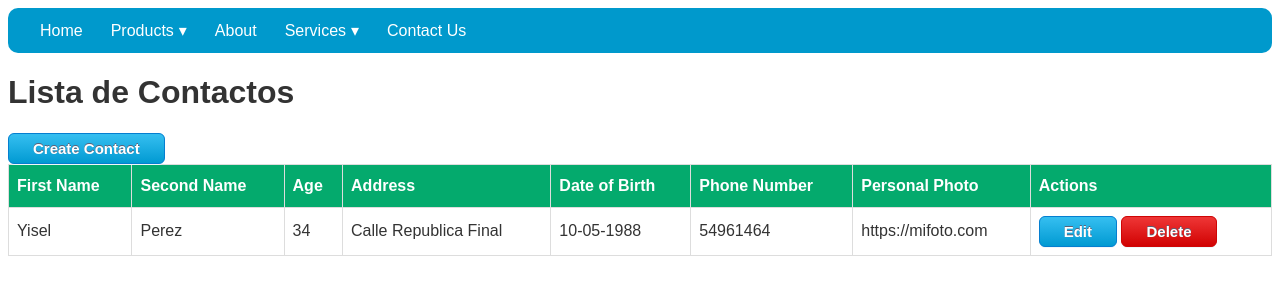
Repository: fgala1619/frontSistGestionBank
Page: index.html
An editor plug-in stored every save of this project. The page is shown before and after the next save, followed by the edit.
The browser window is 1280 px wide. The pictures show the whole page.
The page's requests for data from a server got no answer.

Above is the page before, as saved 2023-07-26 20:24:42.

### index.html
<link rel="stylesheet" href="style.css" />
<link rel="stylesheet" href="menu.css" />
<script src="script.js"></script>

<nav id='menu'>
  <input type='checkbox' id='responsive-menu' onclick='updatemenu()'><label></label>
  <ul>
    <li><a href='http://'>Home</a></li>
    <li><a class='dropdown-arrow' href='http://'>Products</a>
      <ul class='sub-menus'>
        <li><a href='http://'>Products 1</a></li>
        <li><a href='http://'>Products 2</a></li>
        <li><a href='http://'>Products 3</a></li>
        <li><a href='http://'>Products 4</a></li>
      </ul>
    </li>
    <li><a href='http://'>About</a></li>
    <li><a class='dropdown-arrow' href='http://'>Services</a>
      <ul class='sub-menus'>
        <li><a href='http://'>Services 1</a></li>
        <li><a href='http://'>Services 2</a></li>
        <li><a href='http://'>Services 3</a></li>
      </ul>
    </li>
    <li><a href='http://'>Contact Us</a></li>
  </ul>
</nav>




<h1>Lista de Contactos</h1>

<a onclick="createContact()" href="#" class="myButton">Create Contact</a>

<table id="customers">
  <thead>
    <tr>
        <th>First Name</th>
        <th>Second Name</th>
        <th>Age</th>
        <th>Address</th>
        <th>Date of Birth</th>
        <th>Phone Number</th>
        <th>Personal Photo</th>
        <th>Actions</th>
    </tr>
    </thead>

    <tbody>

    </tbody>


</table>


<!-- Modal -->
<div id="modal" class="modale" aria-hidden="true">
  <div class="modal-dialog">
    <div class="modal-header">
      <h2>Contact Information</h2>

      <a onclick="cerrarModal()" href="#" class="btn-close closemodale" aria-hidden="true">&times;</a>
    </div>
    <div class="modal-body">
      <input type="text" name="f" placeholder="First Name" size="20" /><br/>
      <input type="text" name="s" placeholder="Second Name" size="20" /><br/>
      <input type="text" name="a" placeholder="Age" size="20" /><br/>
      <input type="text" name="ad" placeholder="Address" size="20" /><br/>
      <input type="text" name="d" placeholder="Date of Birth" size="20" /><br/>
      <input type="text" name="pn" placeholder="Phone Number" size="20" /><br/>
      <input type="text" name="pp" placeholder="Personal Photo" size="20" /><br/>
    </div>
    <div class="modal-footer">


      <a href="#" class="btn" id="btn_ingresar">Insert</a>
    </div>
  </div>
</div>
<!-- /Modal -->


<script>
    function createContact(){
        htmlModal = document.getElementById("modal");
        htmlModal.setAttribute("class", "modale opened");
    }

    function cerrarModal(){
        htmlModal = document.getElementById("modal");
        htmlModal.setAttribute("class", "modale");
    }
</script>

### style.css
#customers {
        font-family: Arial, Helvetica, sans-serif;
        border-collapse: collapse;
        width: 100%;
    }

    #customers td, #customers th {
        border: 1px solid #ddd;
        padding: 8px;
    }

    #customers tr:nth-child(even){background-color: #f2f2f2;}
    #customers tr:hover{background-color:#ddd;}

    #customers th{
        padding-top: 12px;
        padding-bottom: 12px;
        text-align: left;
        background-color: #04AA6D;
        color: white;
    }

    .myButton{
        box-shadow: 0px 1px 0px 0px #f0f7fa;
        background: linear-gradient(to bottom, #33bdef 5%, #019ad2 100%);
        background-color:#33bdef;
        border-radius: 6px;
        border: 1px solid #057fd0;
        display: inline-block;
        cursor: pointer;
        color: #ffffff;
        font-family: Arial;
        font-size: 15px;
        font-weight: bold;
        padding: 6px 24px;
        text-decoration: none;
        text-shadow: 0px -1px 0px #5b6178;
    }
    .myButton:hover{
        background: linear-gradient(to bottom, #019ad2 5%, #33bdef 100%);
        background-color:#019ad2;
    }
    .myButton:active{
        position: relative;
        top: 1px;
    }

    .btnDelete{
        box-shadow: 0px 1px 0px 0px #f0f7fa;
        background: linear-gradient(to bottom, #ed3434 5%, #d10202 100%);
        background-color:#ed3434;
        border-radius: 6px;
        border: 1px solid #cf0606;
        display: inline-block;
        cursor: pointer;
        color: #ffffff;
        font-family: Arial;
        font-size: 15px;
        font-weight: bold;
        padding: 6px 24px;
        text-decoration: none;
        text-shadow: 0px -1px 0px #5b6178;
    }
    .btnDelete:hover{
        background: linear-gradient(to bottom, #d10202 5%, #ed3434 100%);
        background-color:#d10202;
    }
    .btnDelete:active{
        position: relative;
        top: 1px;
    }






    body{
  font-family:sans-serif;
  color:#333;
}

.btn {
  background: #428bca;
  border: #357ebd solid 0px;
  border-radius: 3px;
  color: #fff;
  display: inline-block;
  font-size: 14px;
  padding: 8px 15px;
  text-decoration: none;
  text-align: center;
  min-width: 60px;
  position: relative;
  transition: color .1s ease;
}
.btn:hover {
  background: #357ebd;
}
.btn.btn-big {
  font-size: 18px;
  padding: 15px 20px;
  min-width: 100px;
}
.btn-close {
  color: #aaaaaa;
  font-size: 20px;
  text-decoration: none;
  padding:10px;
  position: absolute;
  right: 7px;
  top: 0;
}
.btn-close:hover {
  color: #919191;
}
.modale:before {
  content: "";
  display: none;
  background: rgba(0, 0, 0, 0.6);
  position: fixed;
  top: 0;
  left: 0;
  right: 0;
  bottom: 0;
  z-index: 10;
}
.opened:before {
  display: block;
}
.opened .modal-dialog {
  -webkit-transform: translate(0, 0);
  -ms-transform: translate(0, 0);
  transform: translate(0, 0);
  top: 20%;
}
.modal-dialog {
  background: #fefefe;
  border: #333333 solid 0px;
  border-radius: 5px;
  margin-left: -200px;
  text-align:center;
  position: fixed;
  left: 50%;
  top: -100%;
  z-index: 11;
  width: 360px;
  box-shadow:0 5px 10px rgba(0,0,0,0.3);
  -webkit-transform: translate(0, -500%);
  -ms-transform: translate(0, -500%);
  transform: translate(0, -500%);
  -webkit-transition: -webkit-transform 0.3s ease-out;
  -moz-transition: -moz-transform 0.3s ease-out;
  -o-transition: -o-transform 0.3s ease-out;
  transition: transform 0.3s ease-out;
}
.modal-body {
  padding: 20px;
}
.modal-body input{
  width:200px;
  padding:8px;
  border:1px solid #ddd;
  color:#888;
  outline:0;
  font-size:14px;
  font-weight:bold
}
.modal-header,
.modal-footer {
  padding: 10px 20px;
}
.modal-header {
  border-bottom: #eeeeee solid 1px;
}
.modal-header h2 {
  font-size: 20px;
}

### menu.css
#menu {
	background: #0099CC;
	color: #FFF;
	height: 45px;
	padding-left: 18px;
	border-radius: 10px;
}
#menu ul, #menu li {
	margin: 0 auto;
	padding: 0;
	list-style: none
}
#menu ul {
	width: 100%;
}
#menu li {
	float: left;
	display: inline;
	position: relative;
}
#menu a {
	display: block;
	line-height: 45px;
	padding: 0 14px;
	text-decoration: none;
	color: #FFFFFF;
	font-size: 16px;
}
#menu a.dropdown-arrow:after {
	content: "\25BE";
	margin-left: 5px;
}
#menu li a:hover {
	color: #0099CC;
	background: #F2F2F2;
}
#menu input {
	display: none;
	margin: 0;
	padding: 0;
	height: 45px;
	width: 100%;
	opacity: 0;
	cursor: pointer
}
#menu label {
	display: none;
	line-height: 45px;
	text-align: center;
	position: absolute;
	left: 35px
}
#menu label:before {
	font-size: 1.6em;
	content: "\2261";
	margin-left: 20px;
}
#menu ul.sub-menus{
	height: auto;
	overflow: hidden;
	width: 170px;
	background: #444444;
	position: absolute;
	z-index: 99;
	display: none;
}
#menu ul.sub-menus li {
	display: block;
	width: 100%;
}
#menu ul.sub-menus a {
	color: #FFFFFF;
	font-size: 16px;
}
#menu li:hover ul.sub-menus {
	display: block
}
#menu ul.sub-menus a:hover{
	background: #F2F2F2;
	color: #444444;
}
@media screen and (max-width: 800px){
	#menu {position:relative}
	#menu ul {background:#111;position:absolute;top:100%;right:0;left:0;z-index:3;height:auto;display:none}
	#menu ul.sub-menus {width:100%;position:static;}
	#menu ul.sub-menus a {padding-left:30px;}
	#menu li {display:block;float:none;width:auto;}
	#menu input, #menu label {position:absolute;top:0;left:0;display:block}
	#menu input {z-index:4}
	#menu input:checked + label {color:white}
	#menu input:checked + label:before {content:"\00d7"}
	#menu input:checked ~ ul {display:block}
}

### script.js
document.addEventListener("DOMContentLoaded", init);



function init()
{
   search()
}

function search()
{
    var url = 'https://localhost:7019/Contacto'
    var resultado = fetch(url, {

        "method": "GET",
        "headers": {
            "Content-Type": "application/json",
        }
    })

    var row = `<tr>
    <td>Yisel</td>
    <td>Perez</td>
    <td>34</td>
    <td>Calle Republica Final</td>
    <td>10-05-1988</td>
    <td>54961464</td>
    <td>https://mifoto.com</td>
    <td>
        <a href="#" class="myButton">Edit</a>
        <a href="#" class="btnDelete">Delete</a>
    </td>
</tr>`

document.querySelector('#customers > tbody').outerHTML = row
}

After the next save:
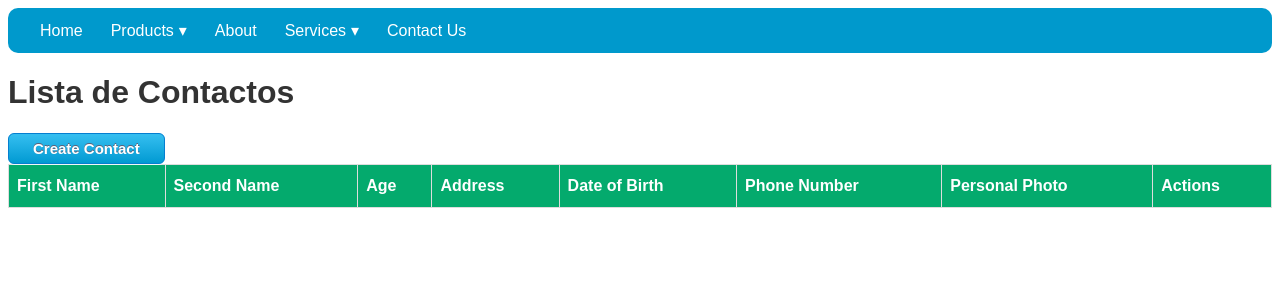
Console error: SyntaxError: Invalid or unexpected token
Saved 2 min 12 s later.
--- a/script.js
+++ b/script.js
@@ -1,6 +1,6 @@
 document.addEventListener("DOMContentLoaded", init);
 
-
+const URL_API = "https://localhost:7019/Contacto/'
 
 function init()
 {
@@ -9,7 +9,7 @@
 
 function search()
 {
-    var url = 'https://localhost:7019/Contacto'
+    var url = 'https://
     var resultado = fetch(url, {
 
         "method": "GET",

After the 2 saves that followed:
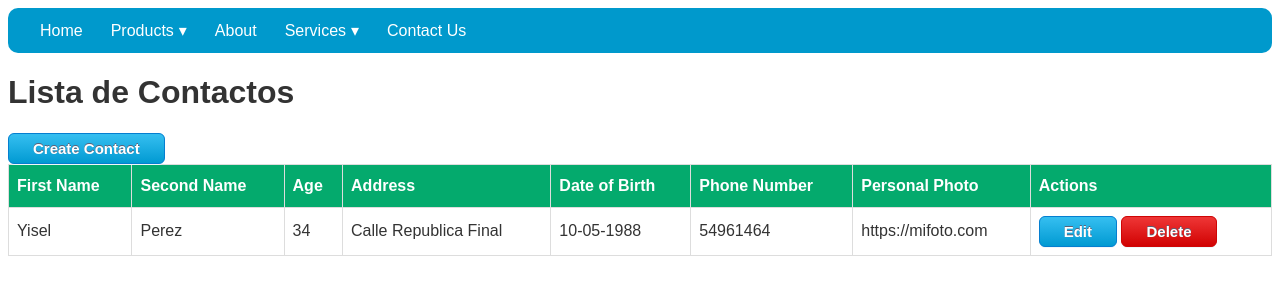
The error is gone.
The 2 saves are shown as one change because 1 left the picture as it was.
The last was saved 55 s later.
--- a/script.js
+++ b/script.js
@@ -1,6 +1,6 @@
 document.addEventListener("DOMContentLoaded", init);
 
-const URL_API = "https://localhost:7019/Contacto/'
+const URL_API = 'https://localhost:7019/Contacto/'
 
 function init()
 {
@@ -9,7 +9,7 @@
 
 function search()
 {
-    var url = 'https://
+    var url = URL_API
     var resultado = fetch(url, {
 
         "method": "GET",
